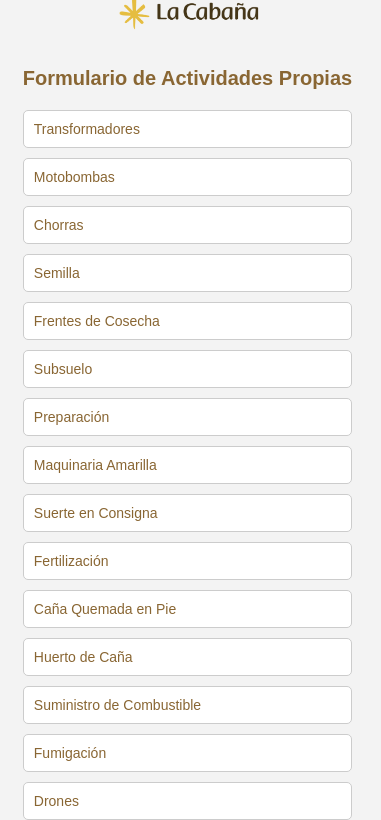
Repository: tayuanlogua/prototipo-de-control-de-accesos
Page: Patrullas/src/actividadespropias.html
These files come from the project's save history. The page is drawn as it stood at one moment and after the next save; the edit follows.
The browser window is 375 px wide. The page is 375 px wide, then 381 px, so the pictures cover 381 px, including what lies to the right of the window. The pictures show the whole page.

Above is the page before, as saved 2024-08-22 10:41:13.

### Patrullas/src/actividadespropias.html
<!DOCTYPE html>
<html lang="es">
  <head>
    <meta charset="UTF-8" />
    <meta name="viewport" content="width=device-width, initial-scale=1.0" />
    <title>Formulario de Actividades Propias</title>
    <link rel="stylesheet" href="styles.css" />
  </head>
  <body>
    <header class="header">
      <img src="imagenes/LOGO.png" alt="Logo" class="logo" />
    </header>
    <div class="login-container">
      <h1>Formulario de Actividades Propias</h1>
      <div class="activities-form">
        <a href="transformadores.html">Transformadores</a>
        <a href="motobombas.html">Motobombas</a>
        <a href="chorras.html">Chorras</a>
        <a href="semillas.html">Semilla</a>
        <a href="frentesdecosecha.html">Frentes de Cosecha</a>
        <a href="subsuelo.html">Subsuelo</a>
        <a href="preparacion.html">Preparación</a>
        <a href="maquinariaamarilla.html">Maquinaria Amarilla</a>
        <a href="suerteconsigna.html">Suerte en Consigna</a>
        <a href="fertilizacion.html">Fertilización</a>
        <a href="cañaenpie.html">Caña Quemada en Pie</a>
        <a href="huertocaña.html">Huerto de Caña</a>
        <a href="suministrocombustible.html">Suministro de Combustible</a>
        <a href="fumigacion.html">Fumigación</a>
        <a href="drones.html">Drones</a>
      </div>
    </div>
  </body>
</html>

### Patrullas/src/styles.css
/* Estilos generales para el body */
body {
  font-family: Arial, sans-serif;
  background-color: #f3f3f3;
  color: #333;
  margin: 0;
  padding: 0;
  display: flex;
  flex-direction: column;
  align-items: center;
  justify-content: center;
  height: 100vh;
}

/* Estilo para el logo en el header */
.header {
  width: 100%;
  display: flex;
  justify-content: center;
  align-items: center;
  margin-bottom: 20px;
}

.logo {
  width: 150px;
}

/* Estilos para el contenedor del formulario */
.form-container,
.container {
  background-color: #fff;
  padding: 20px;
  border-radius: 8px;
  box-shadow: 0 2px 10px rgba(0, 0, 0, 0.1);
  width: 90%;
  max-width: 800px;
  text-align: center;
  display: flex;
  flex-direction: column;
  align-items: center;
}

/* Estilo para el título del formulario */
h1 {
  color: #896633; /* PANTONE® 7505 C */
  font-size: 24px;
  margin-bottom: 20px;
}

/* Estilos para los formularios */
#subsuelo-form,
#burnt-cane-form,
form {
  display: flex;
  flex-direction: column;
  gap: 15px;
  width: 100%;
}

.form-group {
  display: flex;
  flex-direction: column;
  gap: 5px;
}

.form-group label {
  font-size: 14px;
  color: #2e2d26dc;
  text-align: left;
}

.form-group input[type="text"],
.form-group input[type="number"],
.form-group select,
.form-group input[type="file"],
.form-group textarea {
  width: 100%;
  padding: 10px;
  border: 1px solid #ccc;
  border-radius: 4px;
  font-size: 14px;
}

.form-group input[type="file"] {
  padding: 3px; /* Ajuste para que se vea mejor */
}

.form-group textarea {
  resize: vertical;
}

.form-group select {
  padding: 10px;
}

/* Estilos para el grupo de radio buttons */
.radio-group {
  display: flex;
  flex-direction: column;
  gap: 5px;
  align-items: flex-start;
}

.radio-group label {
  display: flex;
  align-items: center;
  gap: 5px;
  font-size: 14px;
  color: #2e2d26dc;
}

#support-name-group {
  display: none;
}

/* Estilo para el botón de envío */
button[type="submit"] {
  display: block;
  width: 100%;
  padding: 10px;
  background-color: #896633; /* PANTONE® 7505 C */
  color: white;
  border: none;
  border-radius: 4px;
  cursor: pointer;
  font-size: 16px;
  margin-top: 20px;
}

/* Estilos para el hover en botones */
button[type="submit"]:hover {
  background-color: #8cc63f; /* PANTONE® 376 C */
}

/* Estilos para los enlaces de actividades */
.activities-form {
  display: flex;
  flex-direction: column;
  gap: 10px;
  width: 100%;
}

.activities-form a {
  text-decoration: none;
  color: #896633; /* PANTONE® 7505 C */
  font-size: 18px;
  padding: 10px;
  border-radius: 5px;
  background-color: #ffffff;
  border: 1px solid #ccc;
  transition: background-color 0.3s, color 0.3s;
}

.activities-form a:hover {
  background-color: #896633; /* PANTONE® 7505 C */
  color: #ffffff;
}

/* Responsive design para dispositivos móviles */
@media (max-width: 480px) {
  .form-container,
  .container {
    width: 95%;
    padding: 15px;
  }

  h1 {
    font-size: 20px;
  }

  #subsuelo-form input[type="text"],
  #subsuelo-form input[type="number"],
  #subsuelo-form select,
  #subsuelo-form input[type="file"],
  #subsuelo-form textarea,
  #subsuelo-form button[type="submit"],
  #burnt-cane-form input[type="text"],
  #burnt-cane-form input[type="number"],
  #burnt-cane-form select,
  #burnt-cane-form input[type="file"],
  #burnt-cane-form textarea,
  #burnt-cane-form button[type="submit"],
  form input[type="text"],
  form input[type="number"],
  form select,
  form input[type="file"],
  form textarea,
  form button[type="submit"],
  .activities-form a {
    font-size: 14px;
  }
}

After the next save:
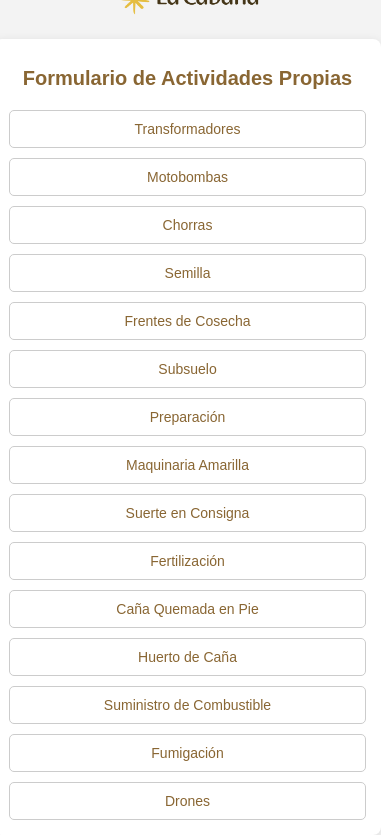
Saved 8 min 14 s later.
--- a/Patrullas/src/styles.css
+++ b/Patrullas/src/styles.css
@@ -22,12 +22,13 @@ body {
 }
 
 .logo {
-  width: 150px;
+  width: 150px; /* Ajusta el tamaño según sea necesario */
 }
 
 /* Estilos para el contenedor del formulario */
 .form-container,
-.container {
+.container,
+.login-container {
   background-color: #fff;
   padding: 20px;
   border-radius: 8px;
@@ -132,7 +133,7 @@ button[type="submit"]:hover {
   background-color: #8cc63f; /* PANTONE® 376 C */
 }
 
-/* Estilos para los enlaces de actividades */
+/* Estilo para los enlaces de actividades */
 .activities-form {
   display: flex;
   flex-direction: column;
@@ -159,7 +160,8 @@ button[type="submit"]:hover {
 /* Responsive design para dispositivos móviles */
 @media (max-width: 480px) {
   .form-container,
-  .container {
+  .container,
+  .login-container {
     width: 95%;
     padding: 15px;
   }
